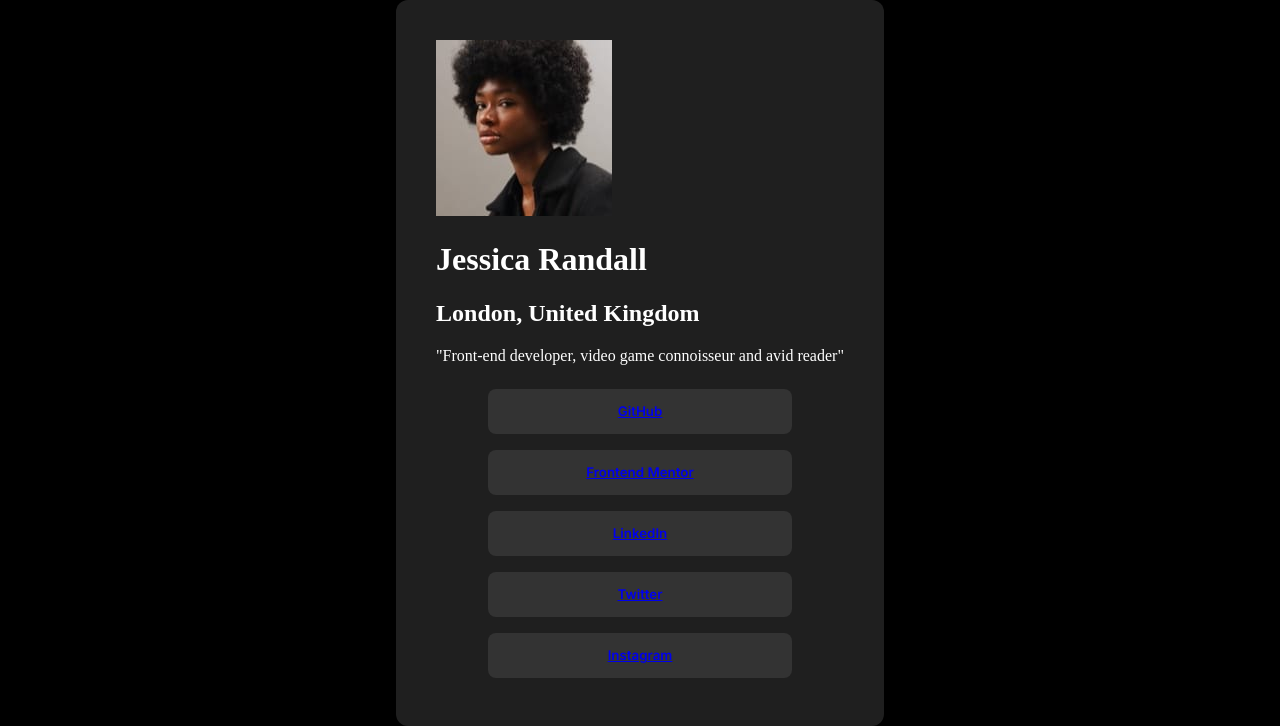
Repository: brandontaylor1/social-links-profile
Page: index.html
These files come from the project's save history. The page is drawn as it stood at one moment and after the next save; the edit follows.
The browser window is 1280 px wide. The pictures show the whole page.

Above is the page before, as saved 2024-12-25 17:11:25.

After the next save:
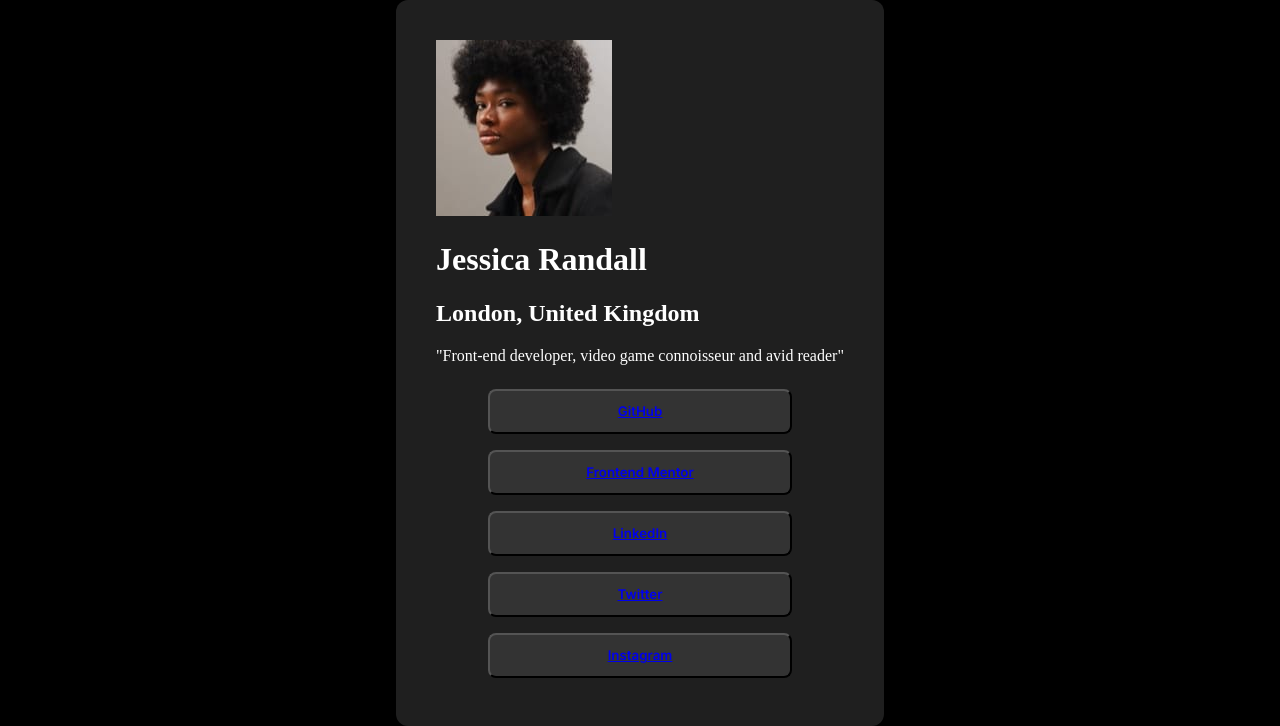
Saved 8 s later.
--- a/styles.css
+++ b/styles.css
@@ -45,7 +45,8 @@
     width: 304px;
     height: 45px;
     background-color: var(--gray-700);
-        border: none;
+    color: var(--color-white)
+    border: none;
     border-radius: 8px;
     margin: 8px;
     font-family: "Inter", sans-serif;

After the save that followed:
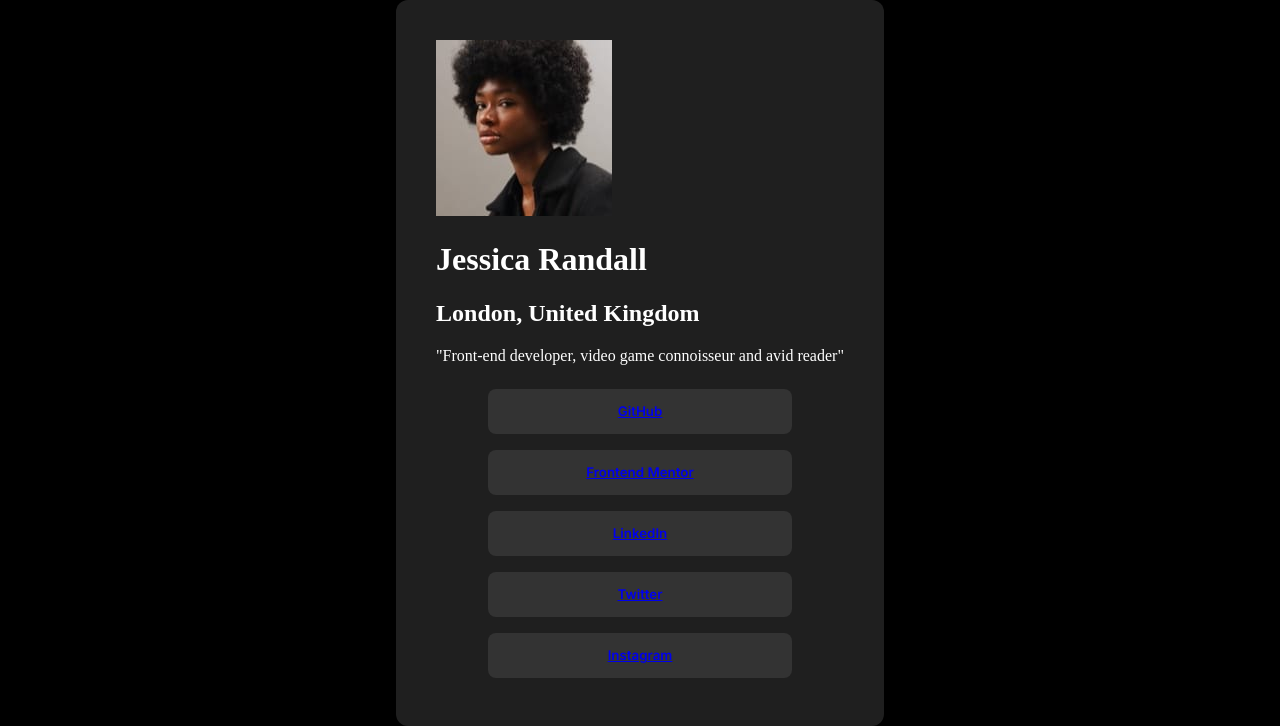
Saved 5 s later.
--- a/styles.css
+++ b/styles.css
@@ -45,7 +45,7 @@
     width: 304px;
     height: 45px;
     background-color: var(--gray-700);
-    color: var(--color-white)
+    color: var(--color-white);
     border: none;
     border-radius: 8px;
     margin: 8px;
